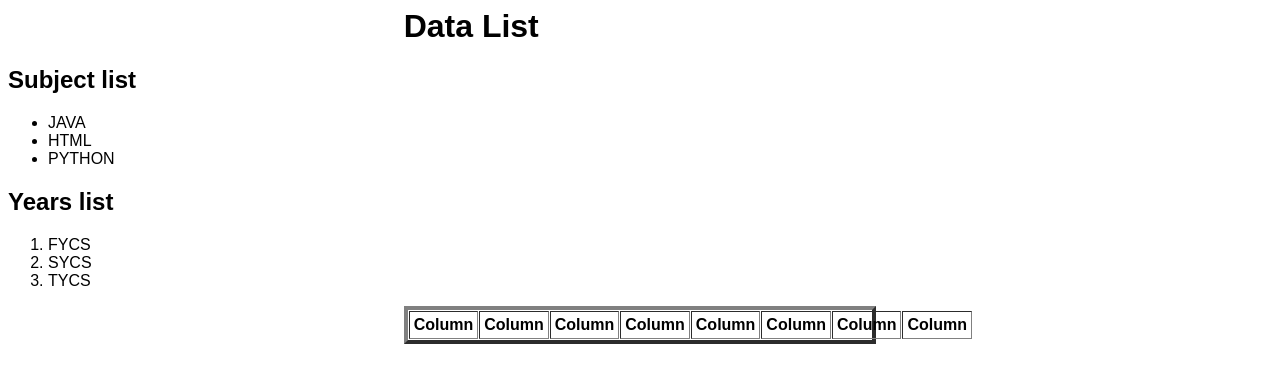
Repository: AdityaTech-Pro/FullStackWithBridgelabz
Page: Assignment2/Data_List/index.html
An editor plug-in stored every save of this project. The page is shown before and after the next save, followed by the edit.
The browser window is 1280 px wide. The pictures show the whole page.

Above is the page before, as saved 2025-10-15 09:16:11.

### Assignment2/Data_List/index.html
<html>

<head>
    <style>
        body {
            font-family: Arial, Helvetica, sans-serif;
        }

        .center {
            display: block;
            margin-left: auto;
            margin-right: auto;
            width: 37.4%;
        }
    </style>
</head>
<title>
    <h2>Welcome to My Web Page</h2>
</title>

<body>
    <table border="4" cellspacing="1" cellpadding="4" class="center">
        <h1 class="center">Data List
            <!DOCTYPE html>
            <html>

            <head>
                <title>Creating List</title>
            </head>

            <body>
                <h2>Subject list </h2>
                <ul>
                    <li>JAVA</li>
                    <li>HTML</li>
                    <li>PYTHON</li>
                </ul>
                <h2>Years list</h2>
                <ol>
                    <li>FYCS</li>
                    <li>SYCS</li>
                    <li>TYCS</li>
                </ol>
            </body>

            </html>
        </h1>
        <tr>
            <th>Column</th>
            <th>Column</th>
            <th>Column</th>
            <th>Column</th>
            <th>Column</th>
            <th>Column</th>
            <th>Column</th>
            <th>Column</th>
        </tr>
</body>

</html>

After the next save:
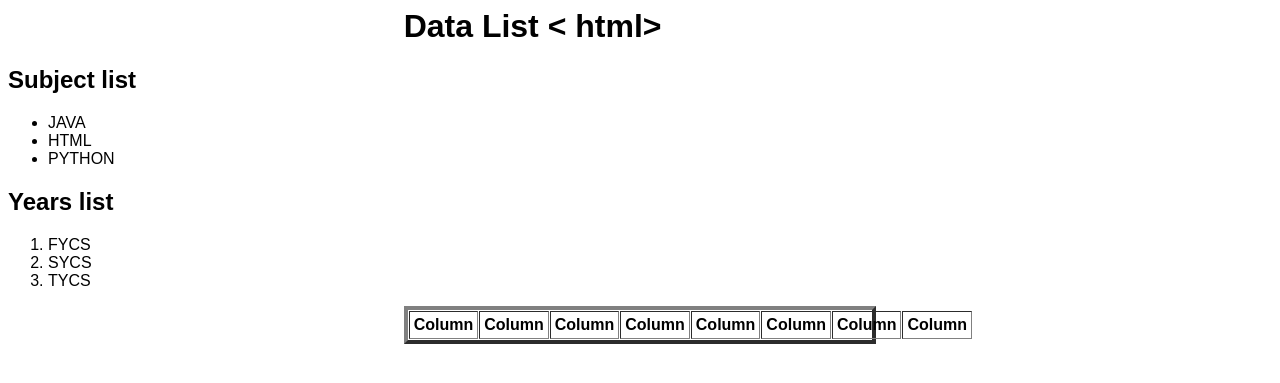
Saved 5 s later.
--- a/Assignment2/Data_List/index.html
+++ b/Assignment2/Data_List/index.html
@@ -21,29 +21,29 @@
 <body>
     <table border="4" cellspacing="1" cellpadding="4" class="center">
         <h1 class="center">Data List
-            <!DOCTYPE html>
-            <html>
+            < html>
+                <html>
 
-            <head>
-                <title>Creating List</title>
-            </head>
+                <head>
+                    <title>Creating List</title>
+                </head>
 
-            <body>
-                <h2>Subject list </h2>
-                <ul>
-                    <li>JAVA</li>
-                    <li>HTML</li>
-                    <li>PYTHON</li>
-                </ul>
-                <h2>Years list</h2>
-                <ol>
-                    <li>FYCS</li>
-                    <li>SYCS</li>
-                    <li>TYCS</li>
-                </ol>
-            </body>
+                <body>
+                    <h2>Subject list </h2>
+                    <ul>
+                        <li>JAVA</li>
+                        <li>HTML</li>
+                        <li>PYTHON</li>
+                    </ul>
+                    <h2>Years list</h2>
+                    <ol>
+                        <li>FYCS</li>
+                        <li>SYCS</li>
+                        <li>TYCS</li>
+                    </ol>
+                </body>
 
-            </html>
+                </html>
         </h1>
         <tr>
             <th>Column</th>
